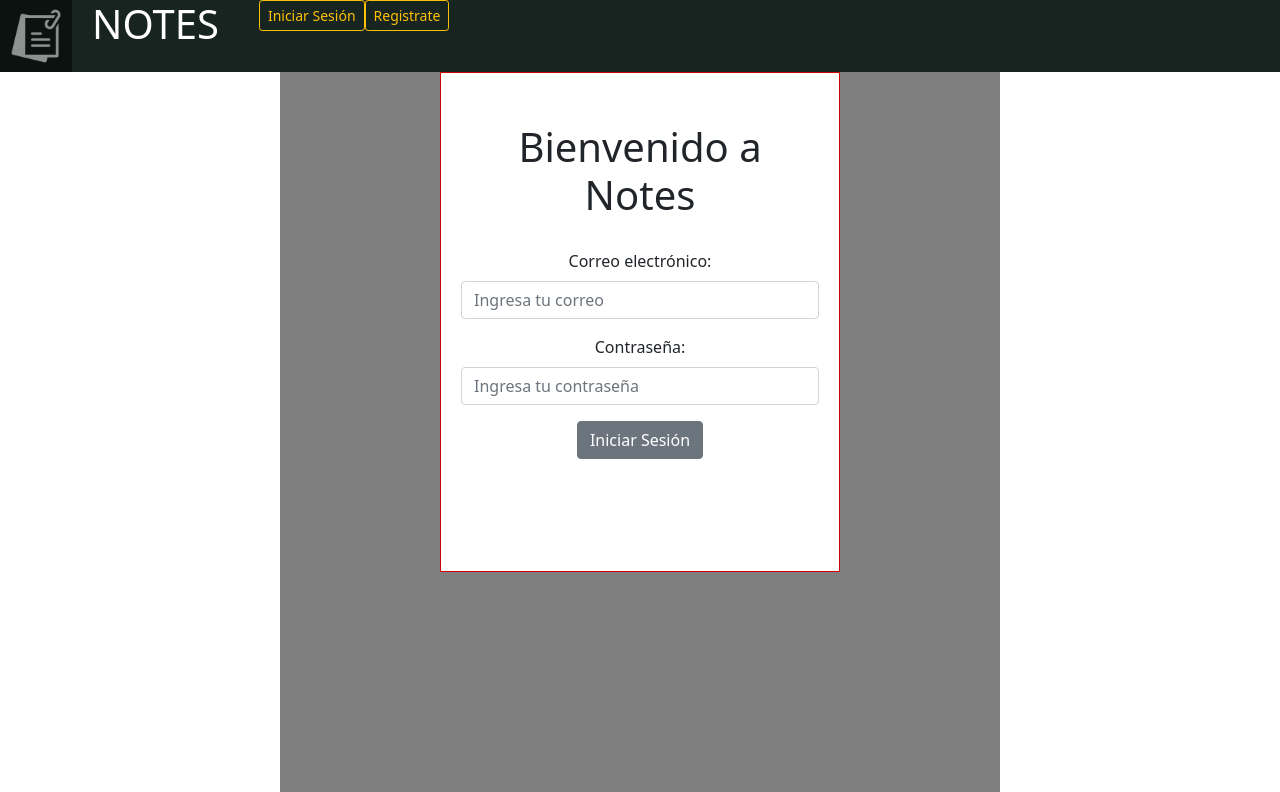
Repository: Daaira0811/TareaVue
Page: /
The author's editor kept a copy of each file at every save. The page is drawn from the files as they stood at one save, then again after the next save.
The browser window is 1280 px wide. The pictures show the whole page.
The project was rebuilt for these pictures with package versions that can differ from the ones it lists, and the page was loaded fresh each time. Also part of the build but not shown: vite.config.js.

Above is the page before, as saved 2022-06-19 23:01:14.

### src/main.js
import { createApp } from 'vue'
import { createPinia } from 'pinia'
import App from './App.vue'
import router from './router'
import BootstrapVue3 from 'bootstrap-vue-3'
import 'bootstrap/dist/css/bootstrap.css'
import 'bootstrap-vue-3/dist/bootstrap-vue-3.css'

const app = createApp(App)
app.use(BootstrapVue3)
app.use(createPinia())
app.use(router)

app.mount('#app')

### src/App.vue
<script setup>
import { RouterView } from 'vue-router'
</script>

<template>
  <RouterView/>
</template>

<style>

</style>

### src/views/HomeView.vue
<template>
  <main>
    <Navbar/>
   <div id="container-Modal">
    <div id="modal">
      <h1>Bienvenido a <br>
    Notes</h1>
      <v-card>
        <b-form @submit="onSubmit">
        <b-form-group
        label="Correo electrónico:"
        label-for="input1"
        >
        <b-form-input
        id="input1"
        type="email"
        placeholder="Ingresa tu correo">
        </b-form-input>
        </b-form-group>
        <b-form-group
        label="Contraseña:"
        label-for="input2"
        >
        <b-form-input
        id="input2"
        type="password"
        placeholder="Ingresa tu contraseña">
        </b-form-input>
        </b-form-group>
        <b-button>
          Iniciar Sesión
        </b-button>

        </b-form>
      </v-card>
    </div>
   </div>
  </main>
</template>
<script>

import Navbar from '../components/Navbar.vue'

export default{
  name:'Home',
components: {
  Navbar
},

}
</script>
<style>
main{
  display: flex;
  flex-wrap: wrap;
  flex-direction: column;
  justify-content: center;
  align-items: center;
  text-align: center;
}

h1{
 margin-top:30px;
 margin-bottom: 50px;
}
#container-Modal{
  display:flex;
  justify-content: center;
  align-items: center;
  z-index: 9998;
  top: 0;
  left: 0;
  width: 100vh;
  height: 100vh;
  background-color: rgba(0, 0, 0, .5);
  display: table;
  transition: opacity .3s ease
}
#modal{
  background-color: white;
  border:thin solid hsl(359, 100%, 41%);
  padding: 20px;
  display: inline-block;
  width:400px;
  height: 500px;
  text-align: center;

}
#modal>h1{
  margin:30px;
}

b-form-group > label{
text-align: left;
}

</style>

### src/components/Navbar.vue
<template>
<div id="cuerpoNav">
    <img src="../assets/image2.png"  alt="image2.png" >
    <h1>NOTES</h1>
    <div id="botones">
<b-button variant="outline-warning" size="sm">
        Iniciar Sesión
    </b-button>
    <b-button variant="outline-warning" size="sm">
        Registrate
    </b-button>
    </div>

</div>
</template>
<script>


</script>

<style>
#cuerpoNav{
    display:flex;
    flex-direction: row;
    width:100%;
    height:10vh;
    background-color: #172420;
    color: white;
}

img {
    max-width: auto;
    height: 100%;
}
h1{
    margin:20px;
}
#botones{
    width: auto;
    margin-left: 20px;
    height: fit-content;
}
</style>

Loaded but not shown: index.html (common file); src/router/index.js (common file)

After the next save:
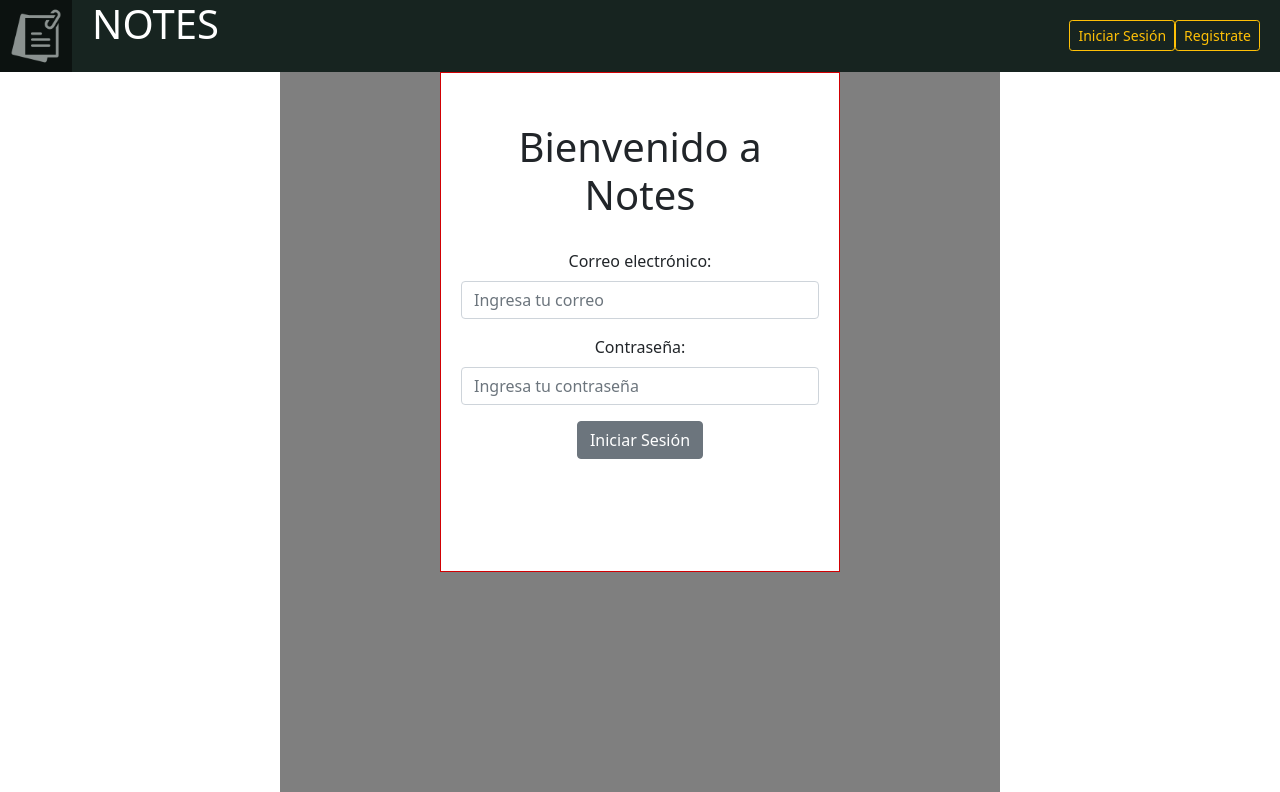
Saved 5 min 2 s later.
--- a/src/components/Navbar.vue
+++ b/src/components/Navbar.vue
@@ -36,8 +36,13 @@ h1{
     margin:20px;
 }
 #botones{
+    position: absolute;
     width: auto;
     margin-left: 20px;
     height: fit-content;
+    align-content: unset;
+    right: 0;
+    padding: 20px;
 }
+
 </style>
